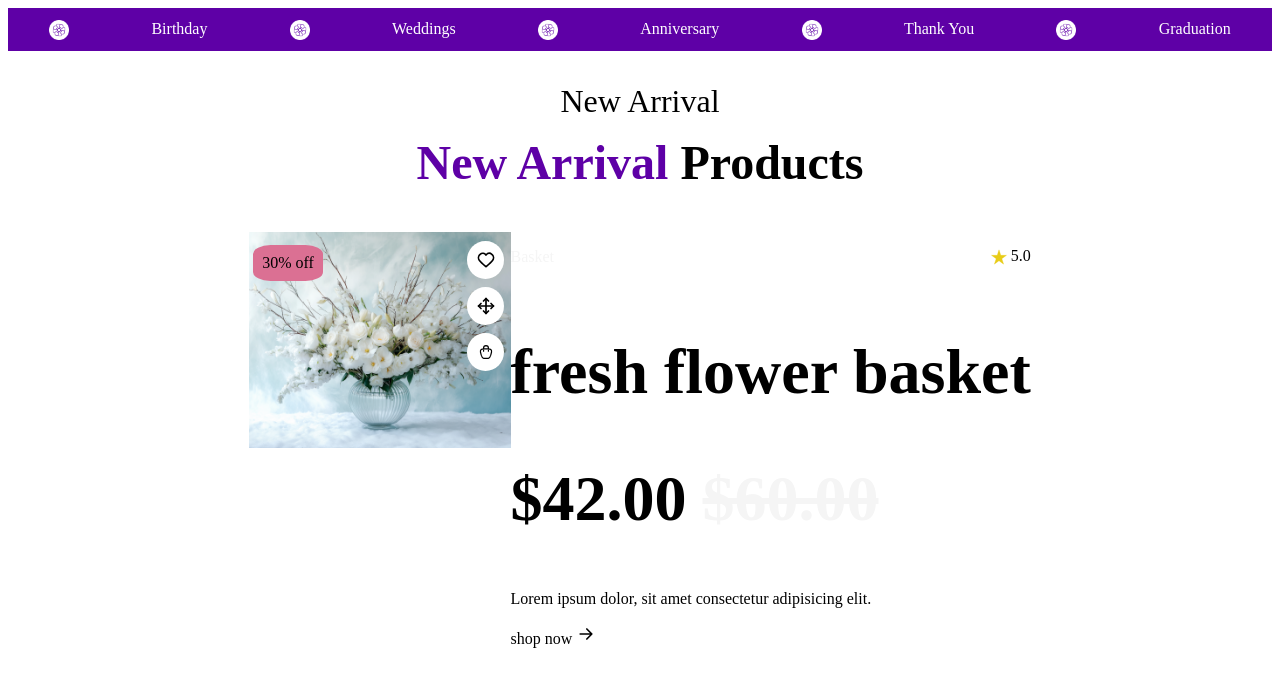
Repository: KolawoleTemilade/classroom-learning
Page: newarrival/index.html
The author's editor kept a copy of each file at every save. The page is drawn from the files as they stood at one save, then again after the next save.
The browser window is 1280 px wide. The pictures show the whole page.

Above is the page before, as saved 2025-10-01 23:31:41.

### newarrival/index.html
<!DOCTYPE html>
<html lang="en">
  <head>
    <meta charset="UTF-8" />
    <meta name="viewport" content="width=h, initial-scale=1.0" />
    <title>new arrival</title>
    <link rel="stylesheet" href="style.css" />
  </head>
  <body>
    <section class="new-arrival-sect">
      <div class="marq-sect">
        <div class="marque">
          <img
            src="../newarrival/images/icons/marqueflower.png"
            alt="flower-icon"
            width="20"
            height="20"
          />
          <span>birthday</span>
          <img
            src="../newarrival/images/icons/marqueflower.png"
            alt="flower-icon"
            width="20"
            height="20"
          />
          <span>weddings</span>
          <img
            src="../newarrival/images/icons/marqueflower.png"
            alt="flower-icon"
            width="20"
            height="20"
          />
          <span>anniversary</span>
          <img
            src="../newarrival/images/icons/marqueflower.png"
            alt="flower-icon"
            width="20"
            height="20"
          />
          <span>thank you</span>
          <img
            src="../newarrival/images/icons/marqueflower.png"
            alt="flower-icon"
            width="20"
            height="20"
          />
          <span>graduation</span>
        </div>
      </div>
      <div class="new-arrival">
        <div class="new-arrival-title">
          <p class="title1">
            new arrival
            <span class="title2"
              >new arrival <span class="product-title">products</span></span
            >
          </p>
        </div>
        <div class="new-arrival-product-card">
          <div class="product-card">
            <div class="img-sect">
              <img
                src="./images/new-arrival/flower1.png"
                alt="flower1"
                width="200"
                height="2 ,8>00"
              />
              <div class="absolute-container">
                <p class="slash">30% off</p>
                <div class="icons-sec">
                  <div class="icons">
                    <img
                      src="./images/icons/heart.svg"
                      alt="heart"
                      width="20"
                      height="20"
                    />
                  </div>
                  <div class="icons">
                    <img
                      src="./images/icons/crossedarrow.svg"
                      alt="arrow"
                      width="20"
                      height="20"
                    />
                  </div>
                  <div class="icons">
                    <img
                      src="./images/icons/shoppingbag.svg"
                      alt="shoppingbag"
                      width="20"
                      height="20"
                    />
                  </div>
                </div>
              </div>
            </div>
            <div class="text-sect">
                <div class="basket-sec">
                    <p>
                        basket
                    </p>
                    <div class="rating-sec">
                        <img src="./images/icons/ratings.svg" alt="ratings" width="20" height="20" >
                        <span>5.0</span>
                    </div>
                </div>
                <div class="fresh-flower-sec">
                    <h2 >
                        fresh flower basket
                    </h2>
                    <h2>
                        $42.00 <span class="slashed"> $60.00</span>
                    </h2>
                    <p>
                        Lorem ipsum dolor, sit amet consectetur adipisicing elit.
                    </p>
                </div>
                <div>
                    <p>shop now <span><img src="./images/icons/rightarrow.svg" alt="right arrow" width="20" height="20"></span></p>
                </div>
            </div>
          </div>
        </div>
      </div>
    </section>
  </body>
</html>

### newarrival/style.css
.new-arrival-sect{
    display: flex;
    flex-direction: column;
    align-items: center;
    justify-content: center;
}

.marq-sect{
    background-color: #5E00A6;
    height:6vh;
    width: 100%;
    align-content: center;
}
.marque {
    display: flex;
    align-content: center;
    justify-content:space-around ;
}
.marque > span {
    text-transform: capitalize;
    color: white;
}
.title1{
    font-size: 2rem;
    display: flex;
    flex-direction: column;
    align-items: center;
    justify-content: center;
    gap: 15px;
    text-transform: capitalize;
}
.title2 {
    font-size: 3rem;
    color: #5E00A6;
    font-weight: 700;
}
.product-title{
    color: black;
    font-size: 3rem;
    font-weight: 700;
}
.new-arrival-product-card{
    width: 100%;
}

.product-card {
    display: flex;
    padding: 10px;
    background: white;
}
.img-sect {
    position: relative;

}
.img-sect >img{
    width: 100%;
    height: 30vh;
}
.absolute-container > p{
   padding: 8px;
}
.slash {
    position: absolute;
    top: 2%;
    background: palevioletred;
    padding: 8px;
    width: 20%;
    margin: 4px;
    border: 1px solid transparent;
    border-radius: 25%;
}

.icons-sec {
    position: absolute;
    top: 2%;
    right: 2%;
    display: flex;
    flex-direction: column;
    gap: 8px;
}
.icons {
    padding: 8px;
    width: 50%;
    border: 1px solid transparent;
    border-radius: 50%;
    background: white;
    display: flex;
    align-items: center;
    justify-content: center;

}
.text-sec{
    width: 100%;
    padding: 10px;
}
.basket-sec {
    display: flex;
    justify-content: space-between;
    align-items: center;
}
.basket-sec > p{
    text-transform: capitalize;
    color: whitesmoke;
}
.rating-sec {
    display: flex;
    gap: 2px;
}
.fresh-flower-sec >h3 {
 font-size: 4rem;
 text-transform: capitalize;
}
.fresh-flower-sec >h2{
    font-size: 4rem;
}
.slashed {
    color: whitesmoke;
    text-decoration: line-through;
}

After the next save:
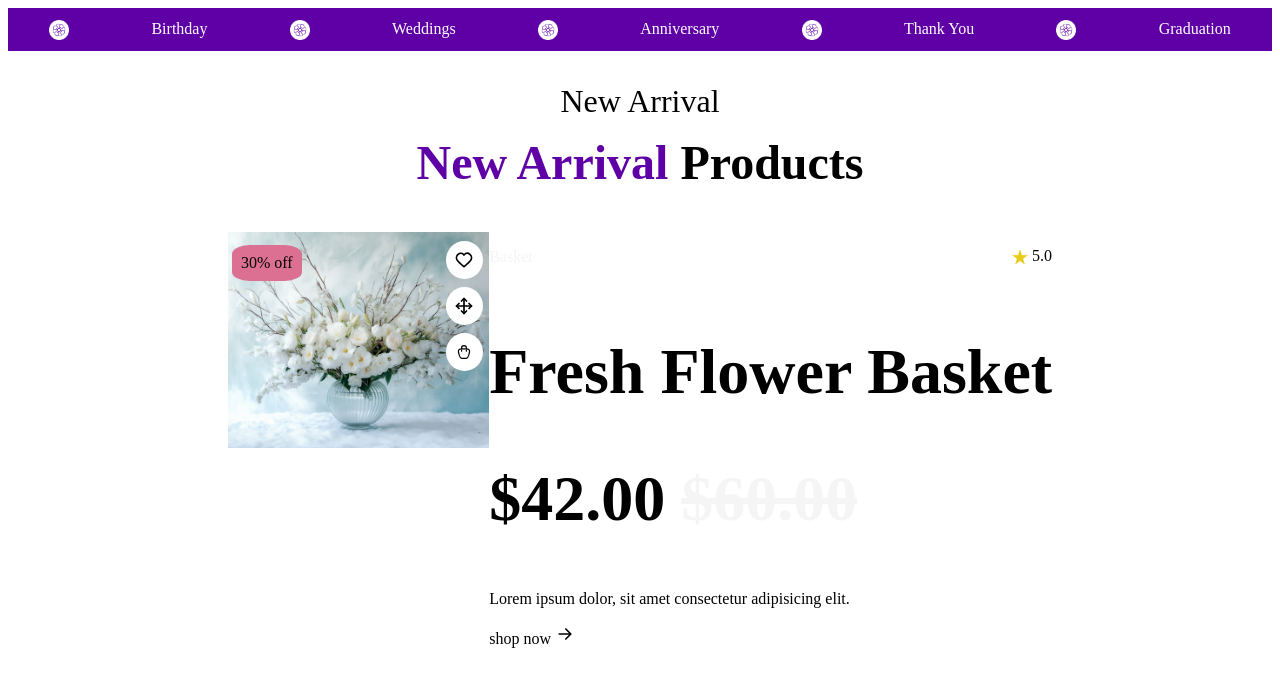
Saved 10 s later.
--- a/newarrival/style.css
+++ b/newarrival/style.css
@@ -106,7 +106,7 @@
     display: flex;
     gap: 2px;
 }
-.fresh-flower-sec >h3 {
+.fresh-flower-sec >h2 {
  font-size: 4rem;
  text-transform: capitalize;
 }

After the save that followed:
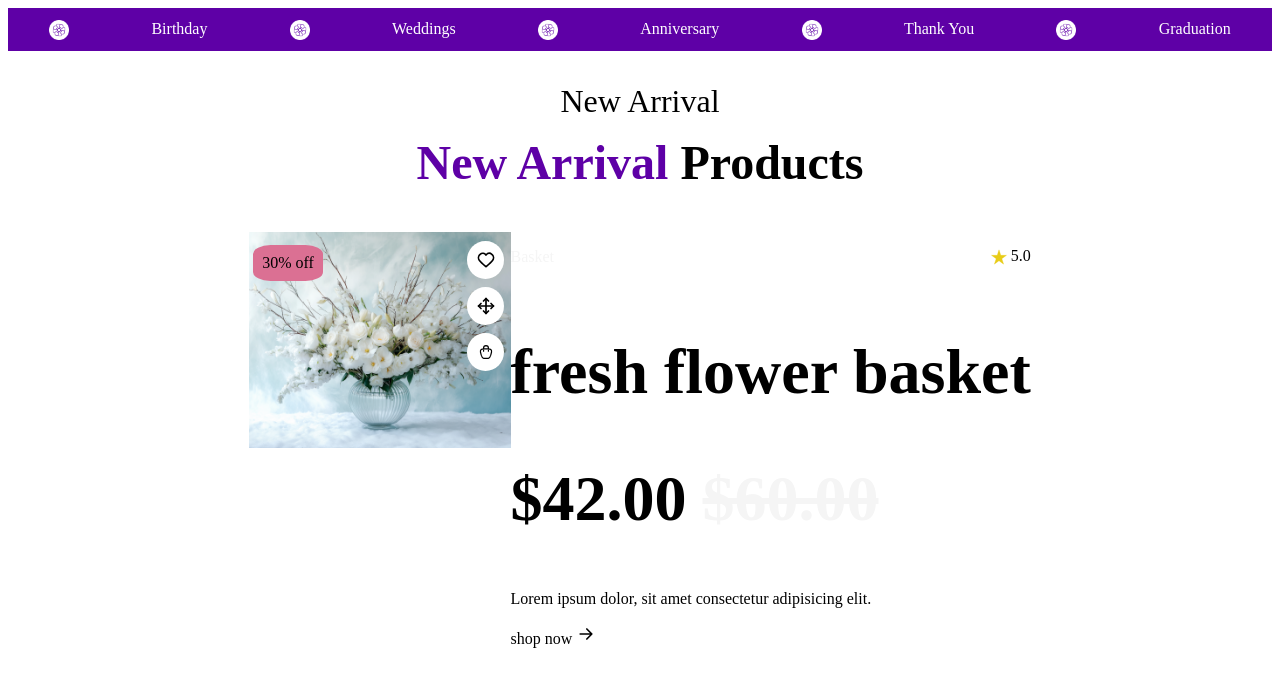
Saved 10 s later.
--- a/newarrival/style.css
+++ b/newarrival/style.css
@@ -106,7 +106,7 @@
     display: flex;
     gap: 2px;
 }
-.fresh-flower-sec >h2 {
+.fresh-flower-sec >h3 {
  font-size: 4rem;
  text-transform: capitalize;
 }
